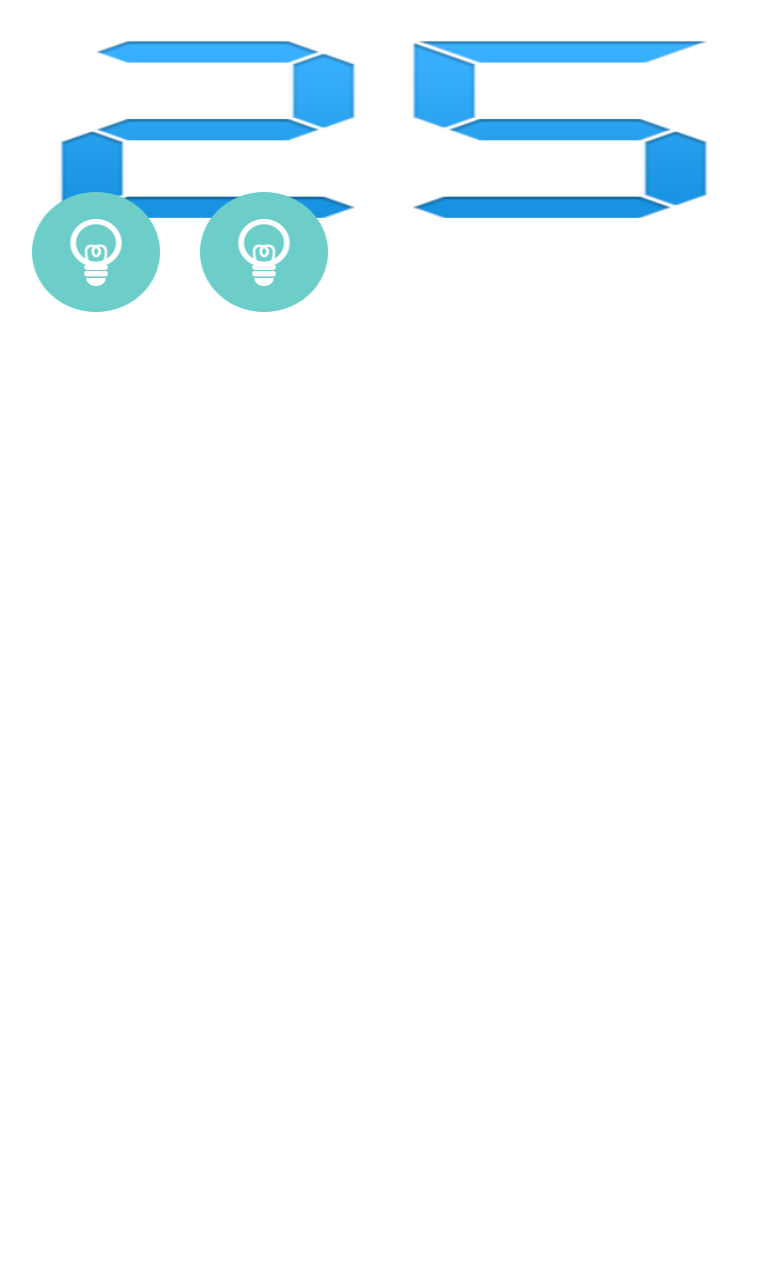
Repository: MyungSinKim/mqtt-demo
Layout: cloud2-demo/res/layout/main.xml
An editor plug-in stored every save of this project. The layout is shown before and after the next save, followed by the edit.
It is drawn on a 768 x 1280 px phone screen (xhdpi) without system bars, with theme AppTheme; the app's code is not run.

Above is the layout before, as saved 2015-10-30 09:08:49.

After the next save:
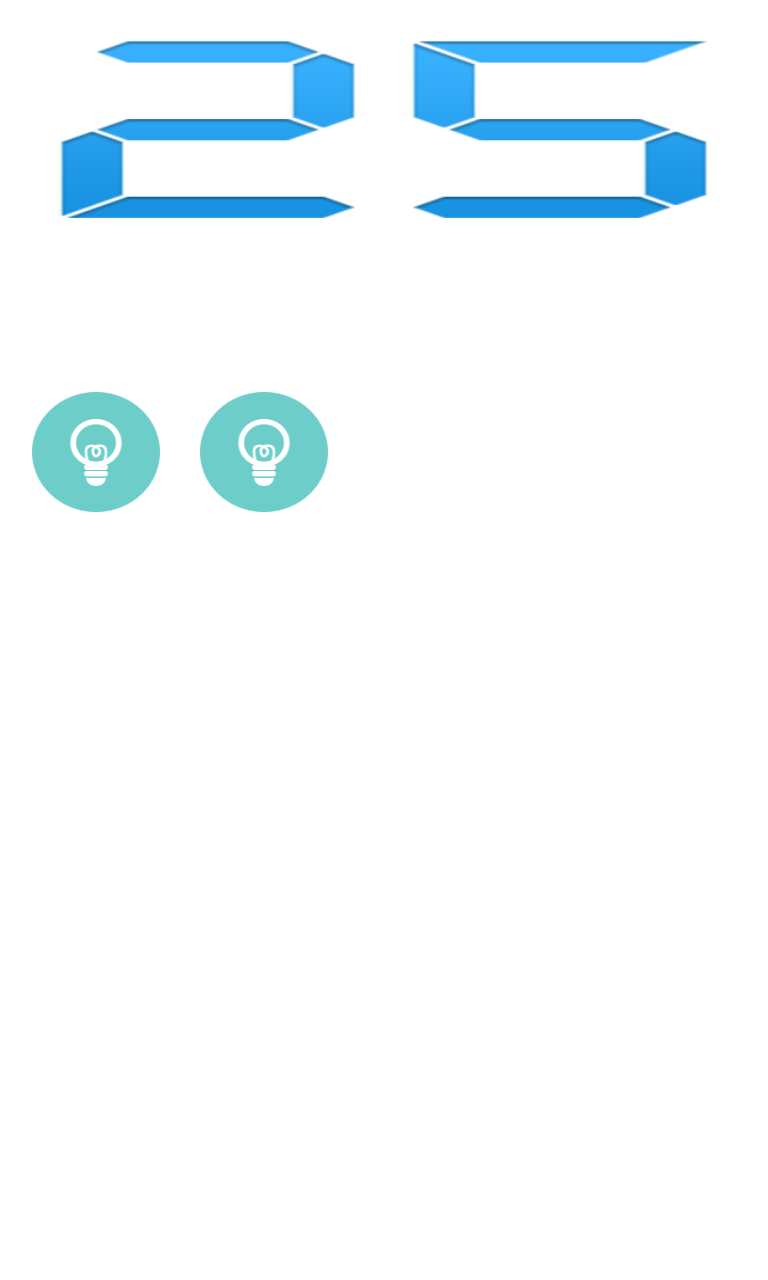
Saved 22 s later.
--- a/cloud2-demo/res/layout/main.xml
+++ b/cloud2-demo/res/layout/main.xml
@@ -23,7 +23,7 @@
         android:id="@+id/imageButton1"
         android:layout_width="wrap_content"
         android:layout_height="wrap_content"
-        android:layout_below="@+id/result_tv"
+        android:layout_below="@+id/rl1"
         android:layout_marginTop="80dp"
         android:background="@drawable/light_off"
         android:tag="off" />
@@ -33,7 +33,7 @@
         android:layout_width="wrap_content"
         android:layout_height="wrap_content"
         android:layout_alignTop="@+id/imageButton1"
-        android:layout_below="@+id/result_tv"
+        android:layout_below="@+id/rl1"
         android:layout_marginLeft="20dp"
         android:layout_toRightOf="@id/imageButton1"
         android:background="@drawable/light_off"
